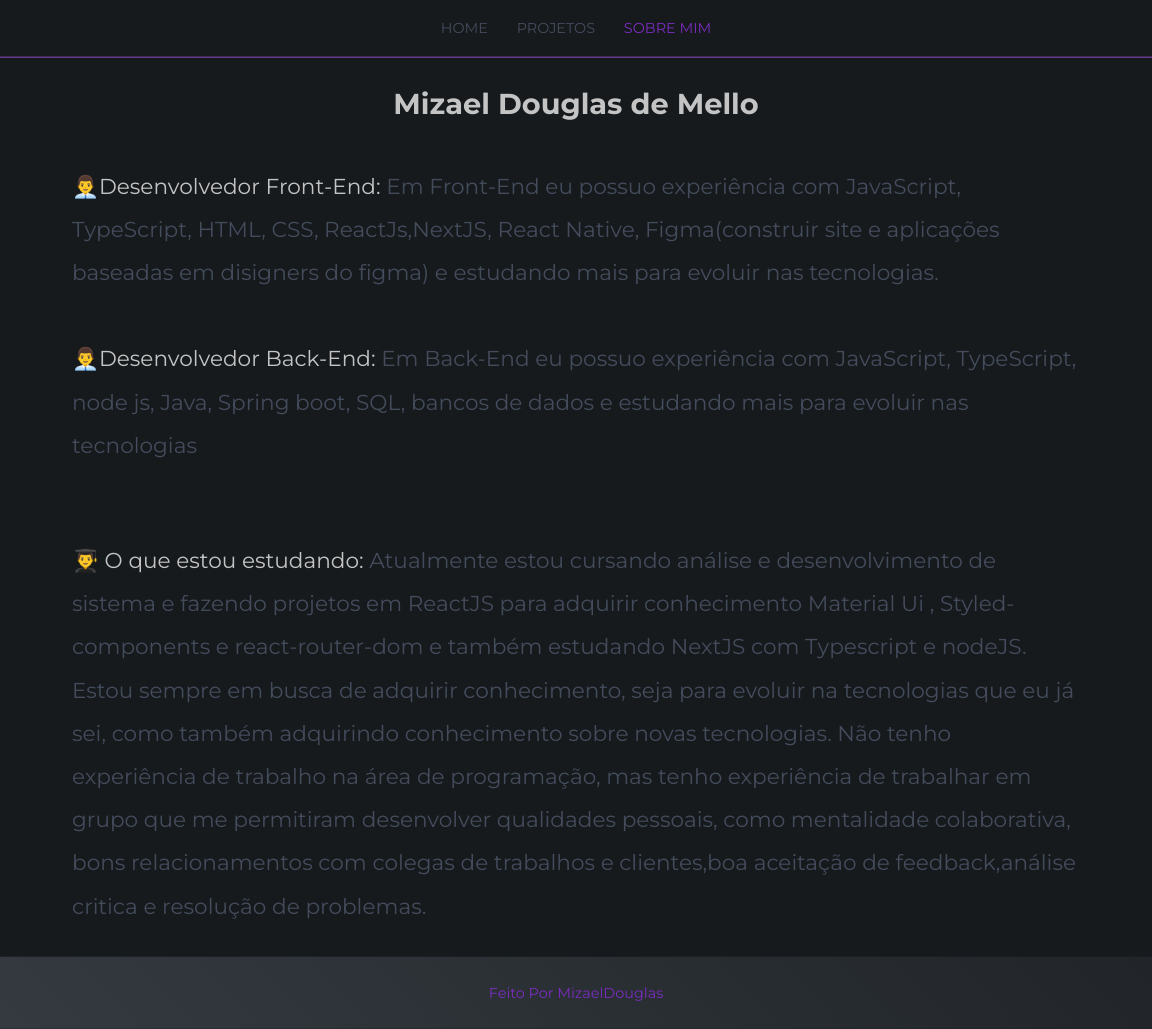
Repository: Mizaeldouglas/New-Portifolio
Page: /sobre
An editor plug-in stored every save of this project. The page is shown before and after the next save, followed by the edit.
The browser window is 1280 px wide. The pictures show the whole page, at 90% of full size.
The project was rebuilt for these pictures with package versions that can differ from the ones it lists, and the page was loaded fresh each time. The framework's server and built-in components were replaced by stand-ins that run in the browser. Also part of the build but not shown: next.config.js.

Above is the page before, as saved 2022-07-05 21:02:14.

### src/pages/_app.tsx
import { ThemeProvider } from 'styled-components';
import { Footer } from '../components/Footer';
import Header from '../components/Header';

import GlobalStyles from '../styles/global';
import theme from '../styles/theme';

function MyApp({ Component, pageProps }) {
  return (
    <ThemeProvider theme={theme}>
      <Header />
      <Component {...pageProps} />
      <GlobalStyles />
      <Footer />
    </ThemeProvider>
  );
}

export default MyApp;

### src/pages/_document.tsx
import Document, {
  DocumentContext,
  DocumentInitialProps,
  Head,
  Html,
  Main,
  NextScript
} from 'next/document';

import { ServerStyleSheet } from 'styled-components';

export default class MyDocument extends Document {
  static async getInitialProps(
    ctx: DocumentContext
  ): Promise<DocumentInitialProps> {
    const sheet = new ServerStyleSheet();
    const originalRenderPage = ctx.renderPage;

    try {
      ctx.renderPage = () =>
        originalRenderPage({
          enhanceApp: App => props => sheet.collectStyles(<App {...props} />)
        });

      const initialProps = await Document.getInitialProps(ctx);
      return {
        ...initialProps,
        styles: (
          <>
            {initialProps.styles}
            {sheet.getStyleElement()}
          </>
        )
      };
    } finally {
      sheet.seal();
    }
  }

  render() {
    return (
      <Html lang="pt-br">
        <Head>
          <link rel="preconnect" href="https://fonts.googleapis.com" />
          <link rel="preconnect" href="https://fonts.gstatic.com" />
          <link
            href="https://fonts.googleapis.com/css2?family=JetBrains+Mono:wght@200&family=Montserrat:wght@300;400;500;600;700&display=swap"
            rel="stylesheet"
          />

          <meta charSet="utf-8" />
          <meta httpEquiv="X-UA-Compatible" content="IE=edge" />
        </Head>
        <body>
          <Main />
          <NextScript />
        </body>
      </Html>
    );
  }
}

### src/pages/sobre/index.tsx
import { SobreContainer } from '../../styles/SobreStyles';

export default function Sobre() {
  return (
    <SobreContainer>
      <main>
        <h1>Mizael Douglas de Mello</h1>
        <p className="tecnologias">
          👨‍💼<span>Desenvolvedor Front-End:</span> Em Front-End eu possuo
          experiência com JavaScript, TypeScript, HTML, CSS, ReactJs,NextJS,
          React Native, Figma(construir site e aplicações baseadas em disigners
          do figma) e estudando mais para evoluir nas tecnologias.
        </p>
        <p className="tecnologias">
          👨‍💼<span>Desenvolvedor Back-End:</span> Em Back-End eu possuo
          experiência com JavaScript, TypeScript, node js, Java, Spring boot,
          SQL, bancos de dados e estudando mais para evoluir nas tecnologias
        </p>
        <p className="estudos">
          👨‍🎓 <span>O que estou estudando:</span> Atualmente estou cursando
          análise e desenvolvimento de sistema e fazendo projetos em ReactJS
          para adquirir conhecimento Material Ui , Styled-components e
          react-router-dom e também estudando NextJS com Typescript e nodeJS.
          Estou sempre em busca de adquirir conhecimento, seja para evoluir na
          tecnologias que eu já sei, como também adquirindo conhecimento sobre
          novas tecnologias. Não tenho experiência de trabalho na área de
          programação, mas tenho experiência de trabalhar em grupo que me
          permitiram desenvolver qualidades pessoais, como mentalidade
          colaborativa, bons relacionamentos com colegas de trabalhos e
          clientes,boa aceitação de feedback,análise critica e resolução de
          problemas.
        </p>
      </main>
    </SobreContainer>
  );
}

### src/components/Footer/index.tsx
import { Container } from './styles';

export function Footer() {
  return (
    <Container>
      <p>Feito Por MizaelDouglas</p>
    </Container>
  );
}

### src/components/Header/index.tsx
import { Container } from './styles';
import NavLink from './NavLink';

function Header() {
  return (
    <Container>
      <ul>
        <NavLink title="Home" path="/" />
        <NavLink title="Projetos" path="/projetos" includes />
        <NavLink title="Sobre Mim" path="/sobre" />
      </ul>
    </Container>
  );
}
export default Header;

### src/styles/global.ts
import { lighten } from 'polished';
import { createGlobalStyle } from 'styled-components';

export default createGlobalStyle`
  * {
    margin: 0;
    padding: 0;
    box-sizing: border-box;
    font-family: 'Montserrat', sans-serif;
    ::-webkit-scrollbar {
      width: 8px;
      height: 5px;
    }
    ::-webkit-scrollbar-thumb {
      background: ${({ theme }) => theme.textHighlight};
      border-radius: 10px;
    }
    ::-webkit-scrollbar-track{
      background: ${({ theme }) => lighten(0.4, theme.textHighlight)};
    }
  }
  body {
    background: ${props => props.theme.background};
    font: 400 1rem 'Montserrat', sans-serif;
  }
  img {
    width: 100%;
    max-width: 100%;
  }
  ul {
    list-style: none;
  }
  button {
    cursor: pointer;
  }
  a {
    text-decoration: none;
  }
  .container {
    width: 100%;
    margin: 0 auto;
    max-width: 85rem;
    padding: 0 1rem;
    padding-bottom: 30px;
    @media(max-width:1450px) {
      max-width: 70rem;
    }
    @media(max-width:1000px) {
      max-width: 50rem;
    }
    @media(max-width:700px) {
      padding: 0 2rem;
    }
  }
`;

### src/styles/theme.ts
const theme = {
  background: '#161a1d',
  backgroundLight: '#9d4edd',
  primary: '#7b2cbf',
  secondary: '#5a189a',
  gradient: 'linear-gradient(225deg, #212529 0%, #343a40 100%);',
  text: '#848DA0',
  textHighlight: '#444B5B',
  textLight: '#C4C4C4',
  border: '#313958',
  inputBackground: '#1E253E',
  error: '#d45d5d'
};

export default theme;

### src/styles/SobreStyles.ts
import styled from 'styled-components';

export const SobreContainer = styled.div`
  display: flex;
  flex-direction: column;
  width: 100%;
  height: 100%;

  main {
    margin-top: 2rem;
    margin-bottom: 2rem;
    width: 100%;
    padding: 0 5rem;
    h1 {
      text-align: center;
      color: ${({ theme }) => theme.textLight};
    }
    p {
      font-size: 1.5rem;
      line-height: 2;
      color: ${({ theme }) => theme.textHighlight};
    }
    span {
      color: ${({ theme }) => theme.textLight};
    }
    .tecnologias {
      margin-top: 3rem;
    }
    .estudos {
      margin-top: 5rem;
    }
  }
`;

### src/components/Footer/styles.ts
import styled from 'styled-components';

export const Container = styled.div`
  width: 100%;
  height: 5rem;
  background: ${({ theme }) => theme.gradient};
  color: ${({ theme }) => theme.primary};
  display: flex;
  align-items: center;
  justify-content: center;
`;

### src/components/Header/styles.ts
import { lighten } from 'polished';
import styled from 'styled-components';

interface NavProps {
  isActive: boolean;
}

export const Container = styled.header`
  width: 100%;
  display: flex;
  align-items: center;
  justify-content: center;
  height: 4rem;
  border-bottom: 1px solid ${({ theme }) => theme.backgroundLight};

  ul {
    display: flex;
    gap: 2rem;
    align-items: center;
  }
`;
export const NavLinkContainer = styled.li<NavProps>`
  a {
    text-transform: uppercase;
    color: ${props =>
      props.isActive ? props.theme.primary : props.theme.textHighlight};
    transition: 0.5s;
    &:hover {
      color: ${props =>
        props.isActive
          ? lighten(0.2, props.theme.primary)
          : lighten(0.2, props.theme.textHighlight)};
    }
  }
`;

### src/components/Header/NavLink.tsx
import Link from 'next/link';
import { useRouter } from 'next/router';
import { NavLinkContainer } from './styles';

interface Props {
  title: string;
  path: string;
  includes?: boolean;
}

export default function navLink({ title, path, includes = false }: Props) {
  const router = useRouter();

  function verifyIfIsActive() {
    if (includes) {
      return router.pathname.includes(path);
    }
    return path === router.pathname;
  }

  const isActive = verifyIfIsActive();

  return (
    <NavLinkContainer isActive={isActive}>
      <Link href={path}>
        <a>{title}</a>
      </Link>
    </NavLinkContainer>
  );
}

After the next save:
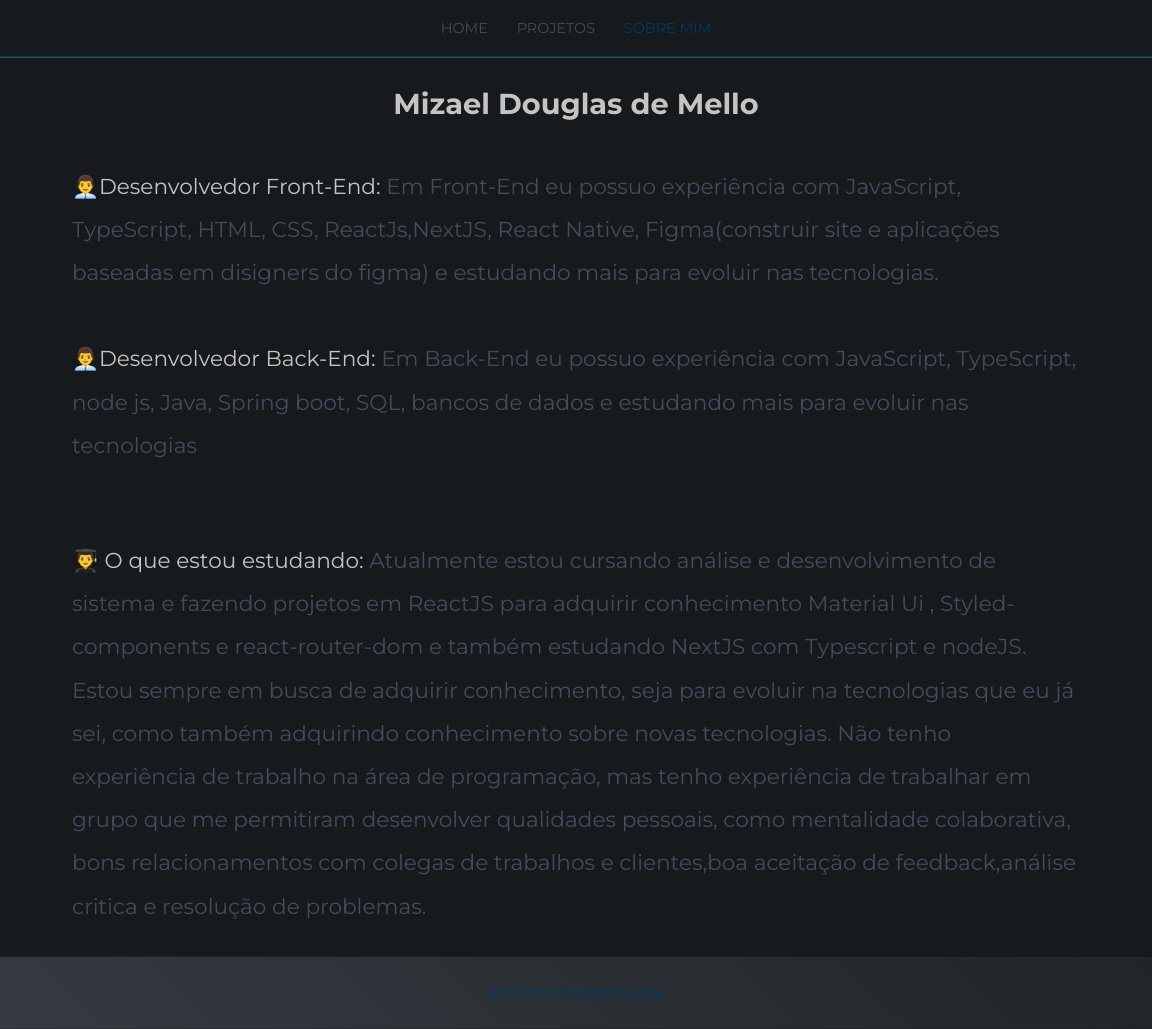
Saved 64 s later.
--- a/src/styles/theme.ts
+++ b/src/styles/theme.ts
@@ -1,8 +1,8 @@
 const theme = {
   background: '#161a1d',
-  backgroundLight: '#9d4edd',
-  primary: '#7b2cbf',
-  secondary: '#5a189a',
+  backgroundLight: '#2c7da0',
+  primary: '#013a63',
+  secondary: '#2a6f97',
   gradient: 'linear-gradient(225deg, #212529 0%, #343a40 100%);',
   text: '#848DA0',
   textHighlight: '#444B5B',
